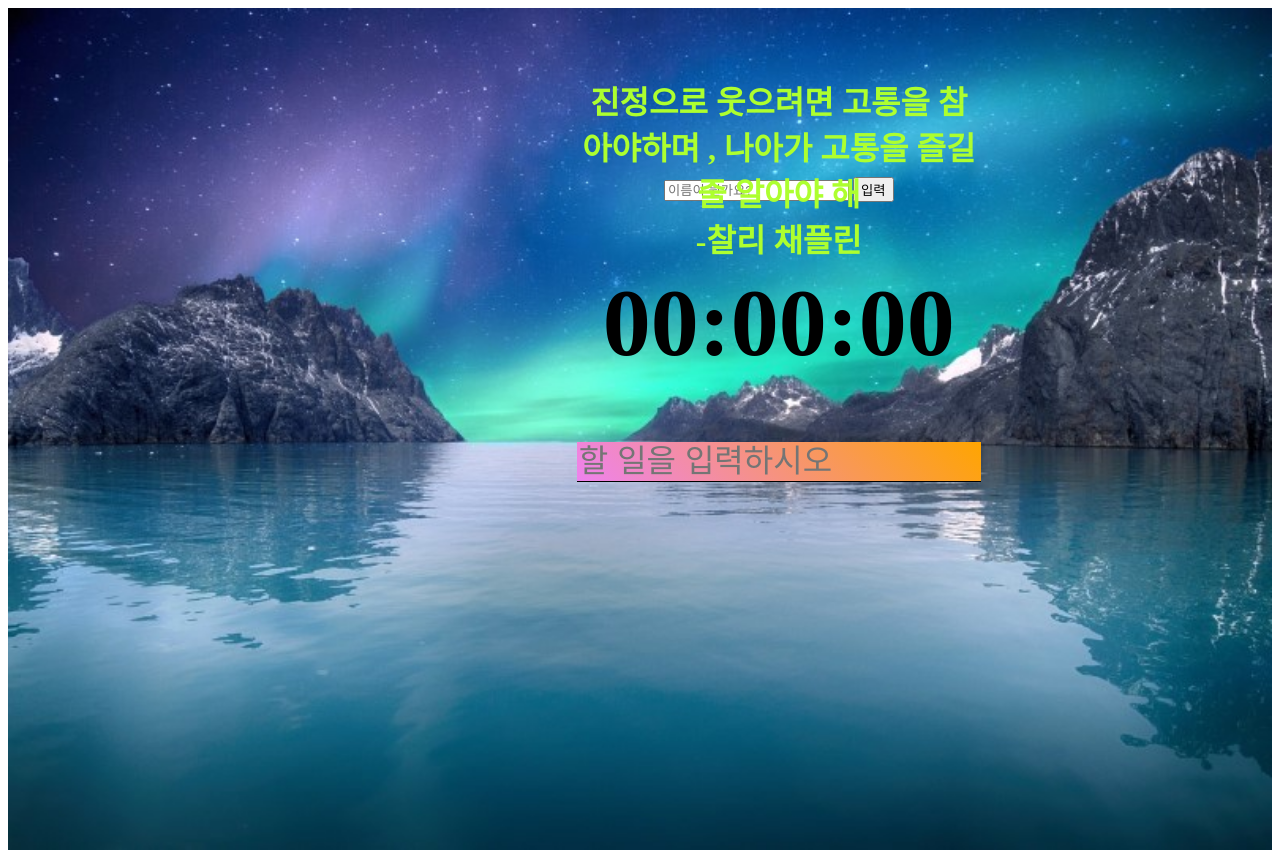
Repository: jun01270/F-E-practice
Page: index.html
The author's editor kept a copy of each file at every save. The page is drawn from the files as they stood at one save, then again after the next save.
The browser window is 1280 px wide. The pictures show the whole page.

Above is the page before, as saved 2023-07-12 15:25:54.
Console error: TypeError: Cannot read properties of null (reading 'querySelector')

After the next save:
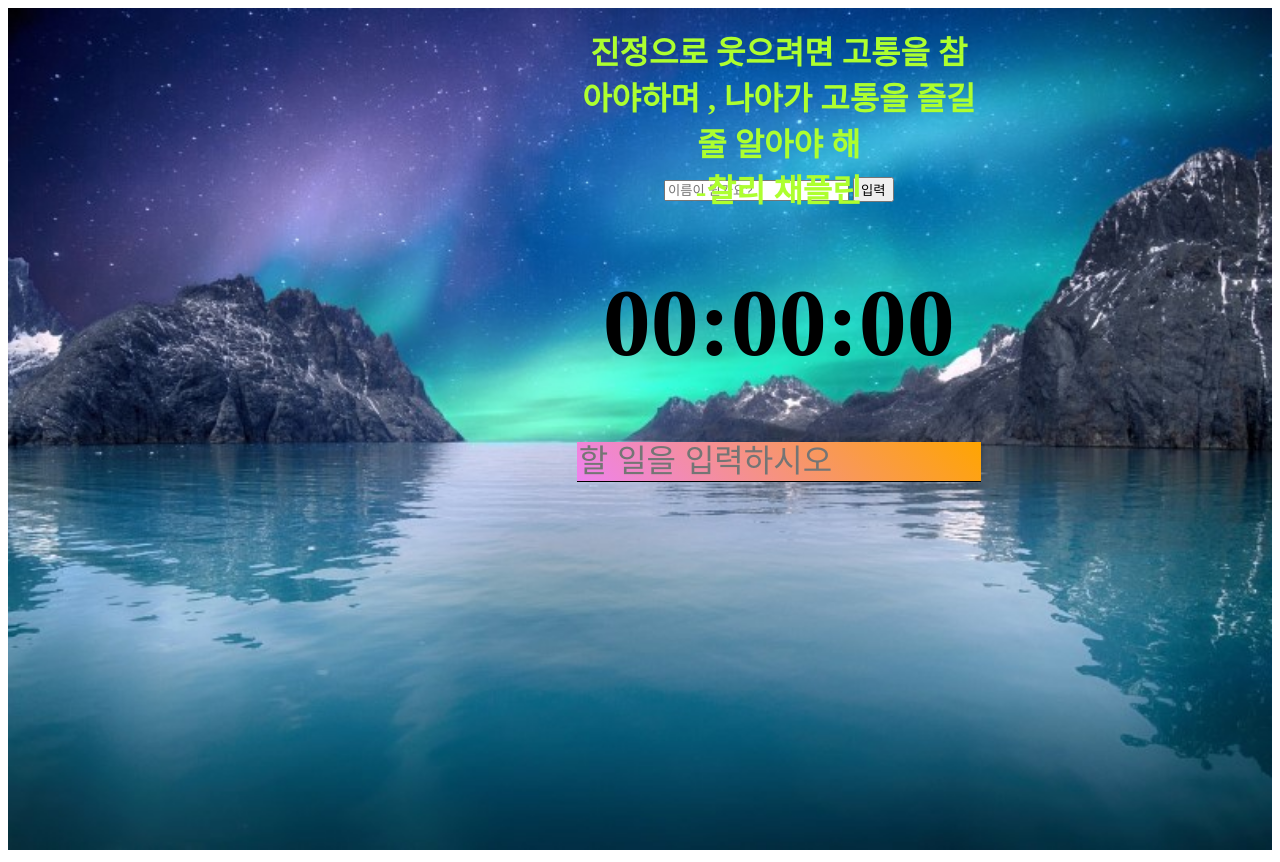
Saved 5 s later.
--- a/style.css
+++ b/style.css
@@ -37,7 +37,7 @@ body {
 
 #quote {
   position: absolute;
-  top: -100px;
+  top: -150px;
   color: greenyellow;
   font-size: xx-large;
   font-weight: bold;
